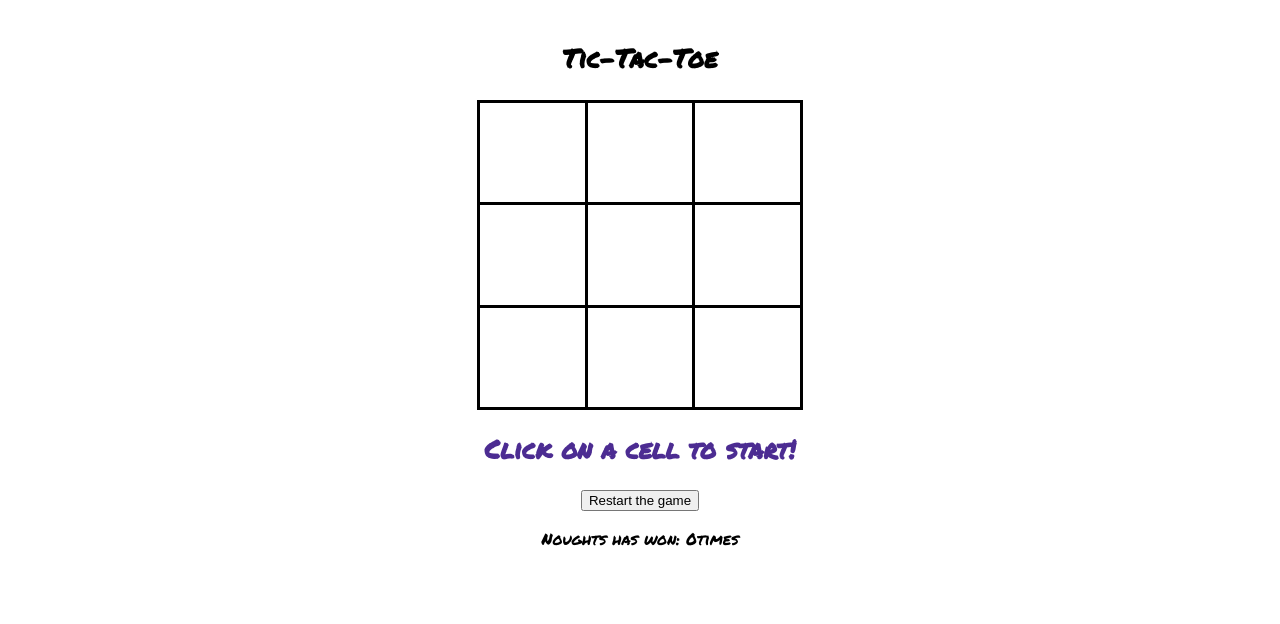
Repository: dev-academy-foundations-records/records-script
Page: Tiaanz/tic-tac-toe/main/index.html
These files come from the project's save history. The page is drawn as it stood at one moment and after a run of saves; the edit follows.
The browser window is 1280 px wide. The pictures show the whole page.

Above is the page before, as saved 2023-02-06 16:28:43.

After the next 3 saves:
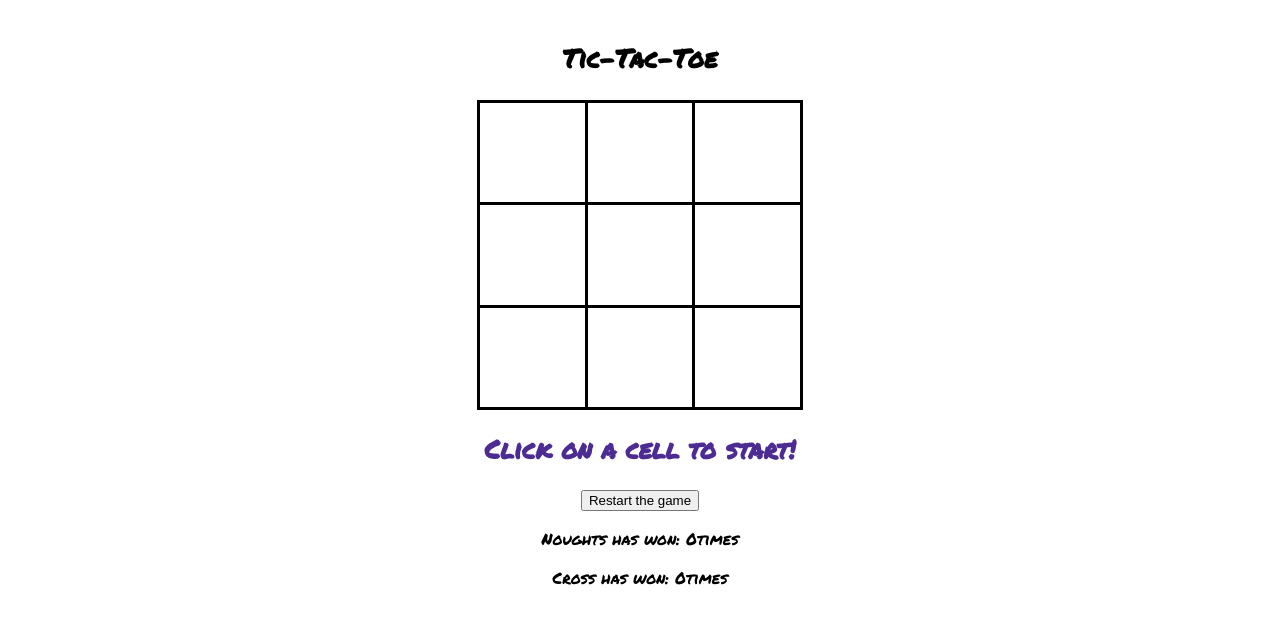
The 3 saves are shown as one change because they came seconds apart.
The last was saved 9 s later.
--- a/Tiaanz/tic-tac-toe/main/index.html
+++ b/Tiaanz/tic-tac-toe/main/index.html
@@ -30,6 +30,7 @@
         <h2 id="subtitle">Click on a cell to start!</h2>
         <button id="resetGame">Restart the game</button>
         <p>Noughts has won: <span>0</span>times</p>
+        <p>Cross has won: <span>0</span>times</p>
         <script src="game.js"></script>
     </body>
 </html>
